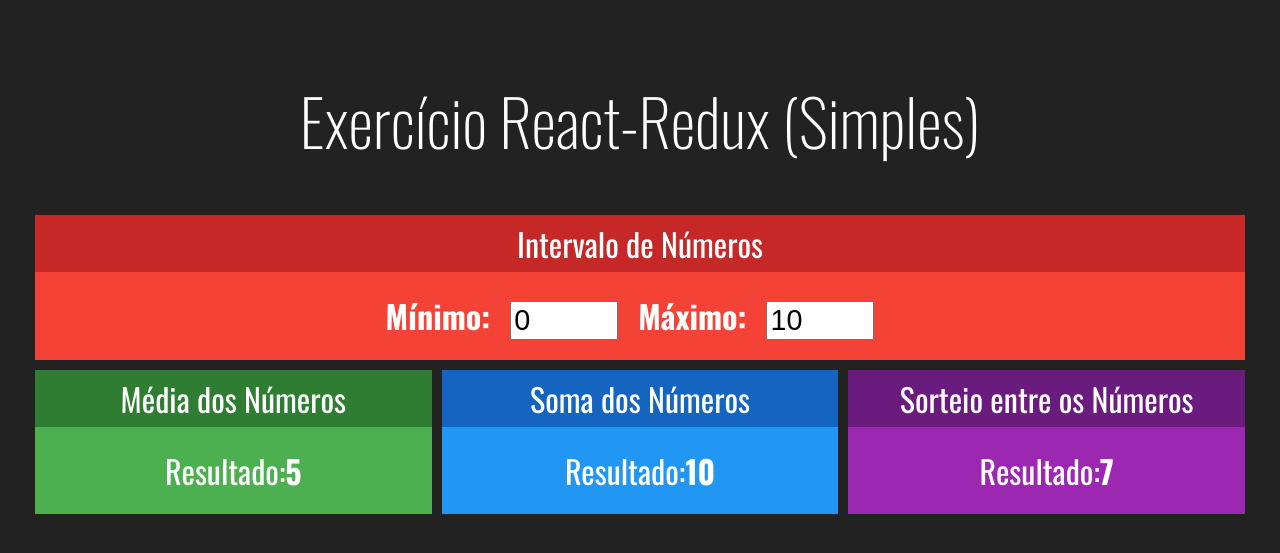
Repository: WellysonP/testando-react-redux
Page: /
An editor plug-in stored every save of this project. The page is shown before and after the next save, followed by the edit.
The browser window is 1280 px wide. The pictures show the whole page.
The project was rebuilt for these pictures with package versions that can differ from the ones it lists, and the page was loaded fresh each time.

Above is the page before, as saved 2023-01-12 18:06:33.

After the next save:
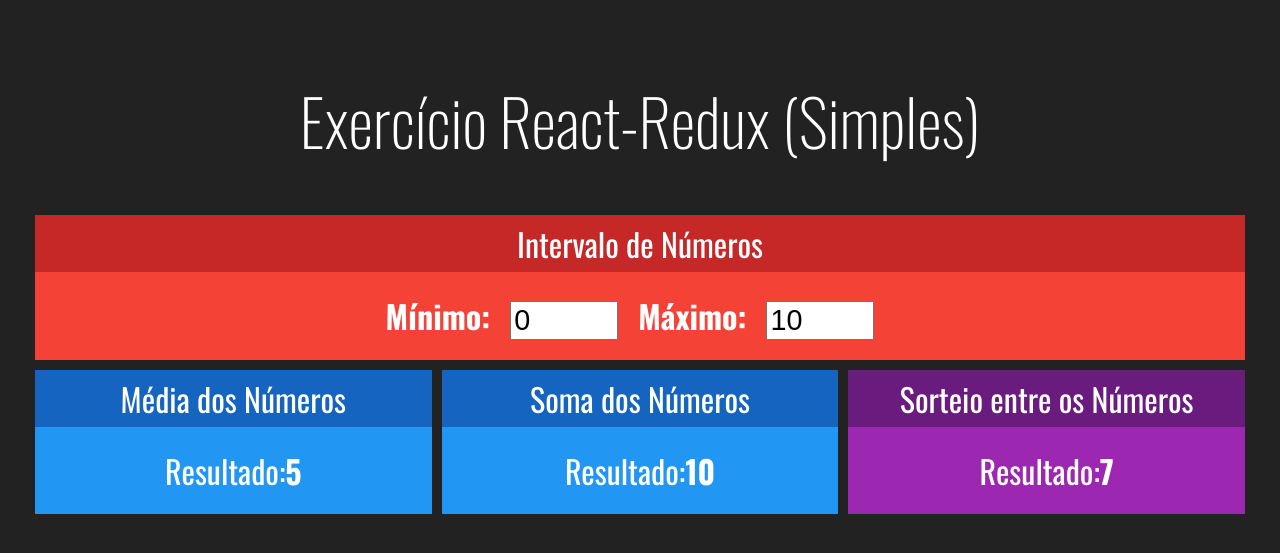
Saved 20 s later.
--- a/src/components/Media.jsx
+++ b/src/components/Media.jsx
@@ -2,7 +2,7 @@ import Card from "./Card"
 
 export default props => {
     return (
-        <Card title="Média dos Números" green>
+        <Card title="Média dos Números" blue>
             <div>
                 <span>
                     <span>Resultado:</span>
